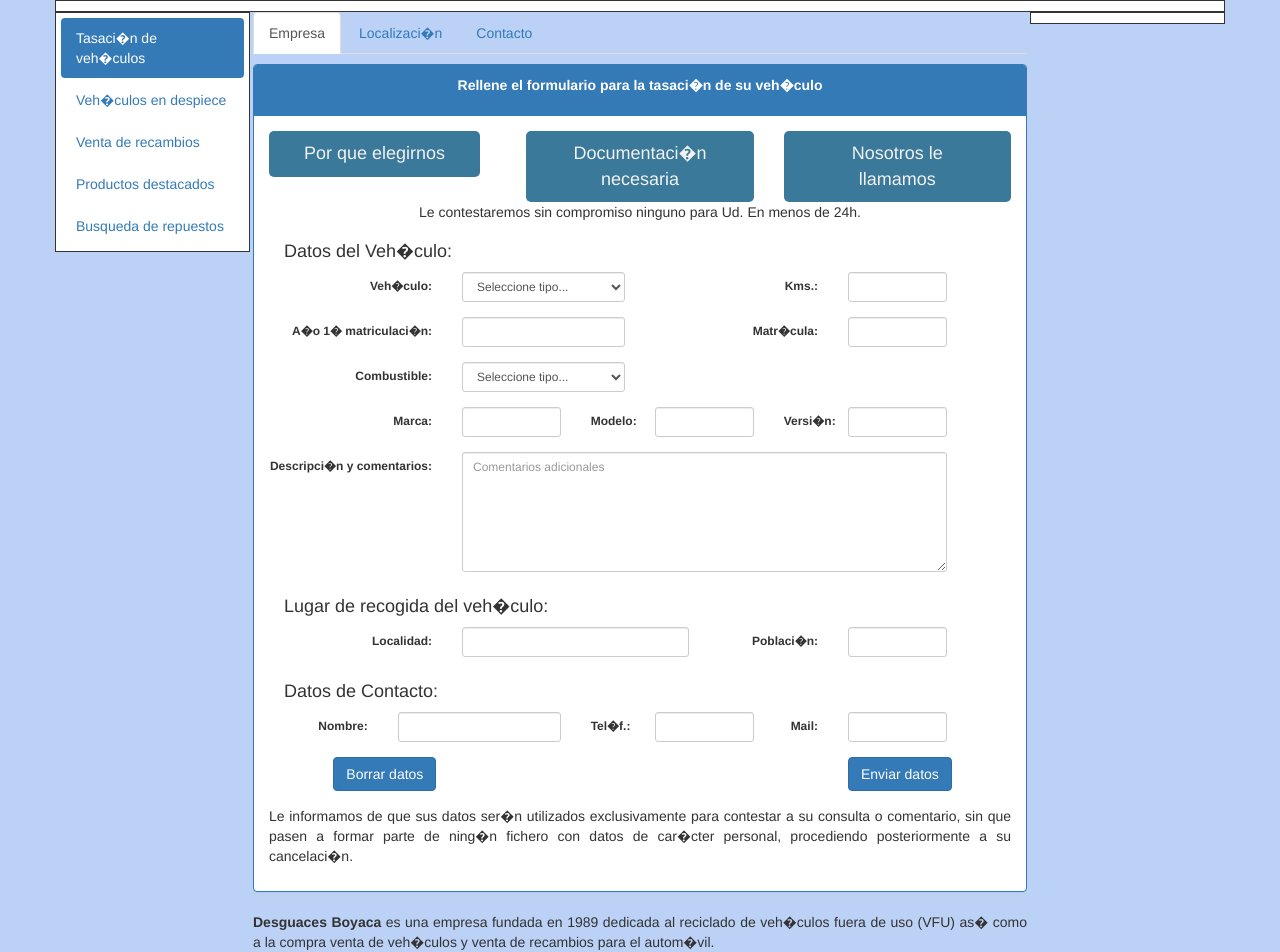
Repository: surrius/pruBoyaca
Page: http://localhost/
The author's editor kept a copy of each file at every save. The page is drawn from the files as they stood at one save, then again after the next save.
The browser window is 1280 px wide. The pictures show the part of the page from y = 0 to 952 px (the page is 2693 px tall).
The page is run by PHP 8.4 with error messages shown; the project is at /var/www/html/.

Above is the page before, as saved 2016-03-02 10:40:36.

After the next save:
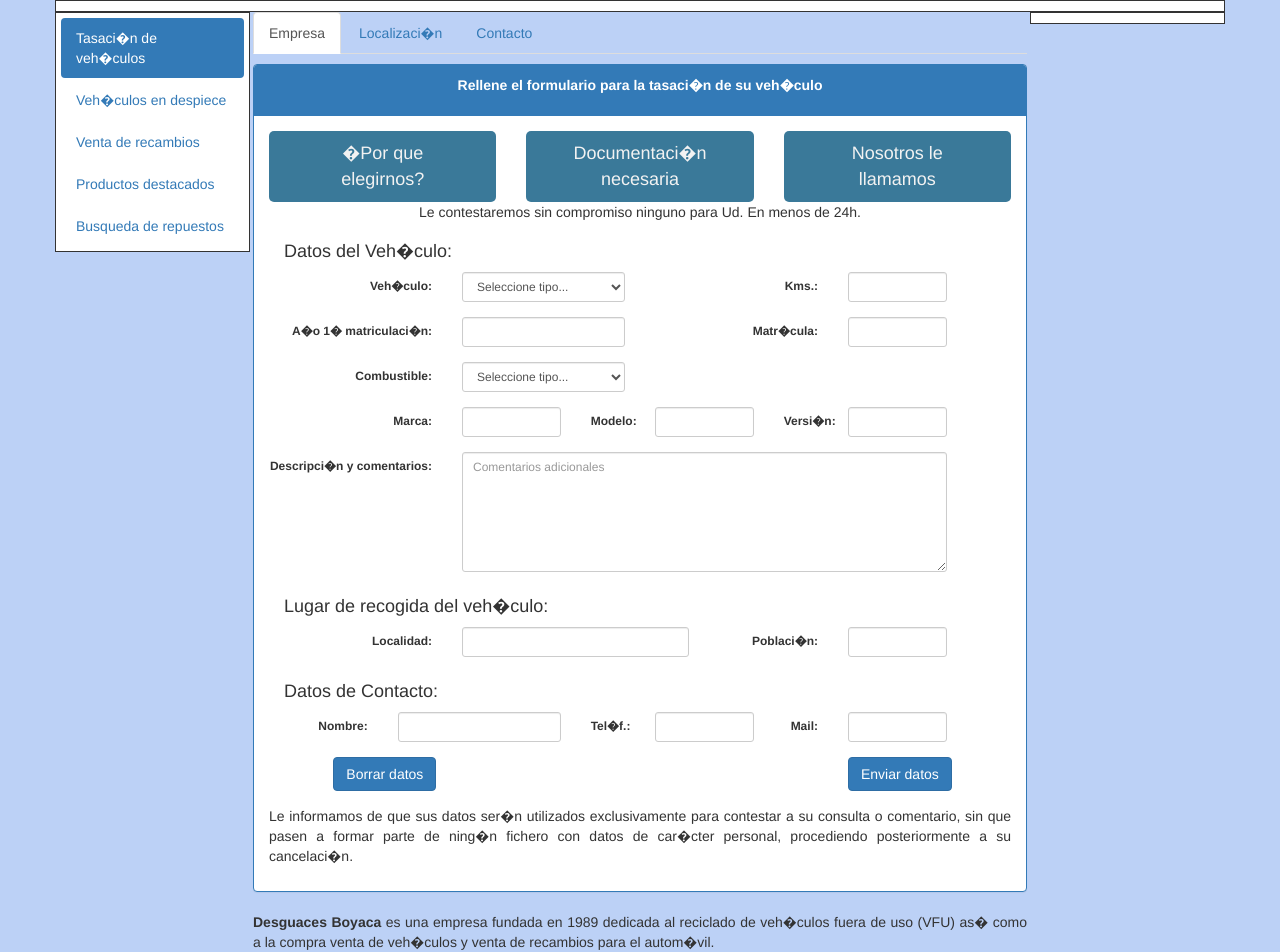
Saved 44 s later.
--- a/Boyaca/includes/menu2/tasacion.php
+++ b/Boyaca/includes/menu2/tasacion.php
@@ -8,7 +8,7 @@
 		<!-- Botones de ayuda tasaciones -->
 		<div class="row">
 			<div class="col-sm-4">
-				<button id="botTasPorque" class="bot-tasacion">Por que elegirnos</button>
+				<button id="botTasPorque" class="bot-tasacion">¿Por que elegirnos?</button>
 			</div>
 			<div class="col-sm-4">
 				<button id="botTasDocu" class="bot-tasacion">Documentación necesaria</button>
